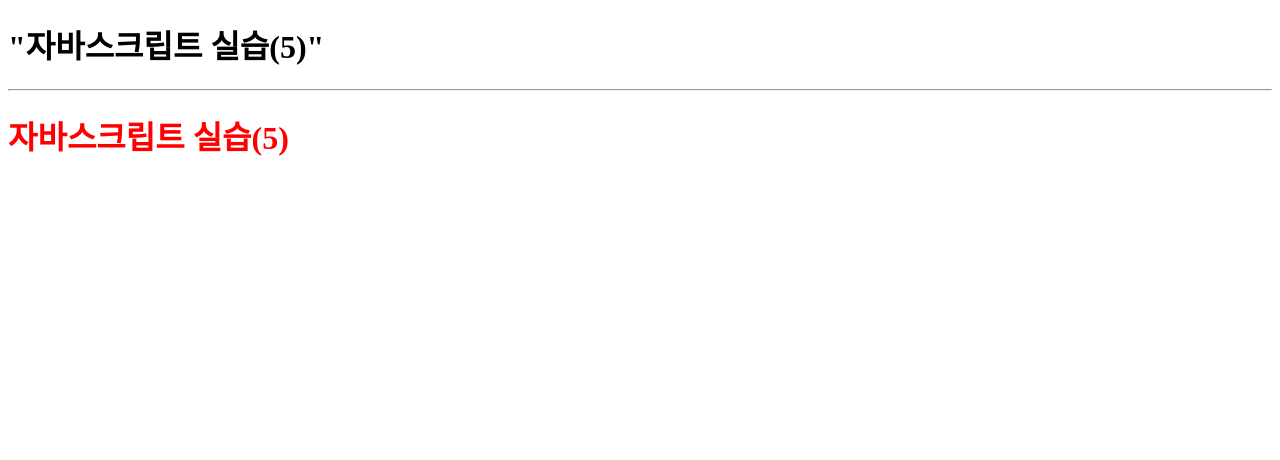
Repository: jhsnex123/web_study
Page: edu/src/main/webapp/jsexam/exercise5.html
The author's editor kept a copy of each file at every save. The page is drawn from the files as they stood at one save, then again after the next save.
The browser window is 1280 px wide. The pictures show the whole page.

Above is the page before, as saved 2024-09-23 06:00:10.

After the next save:
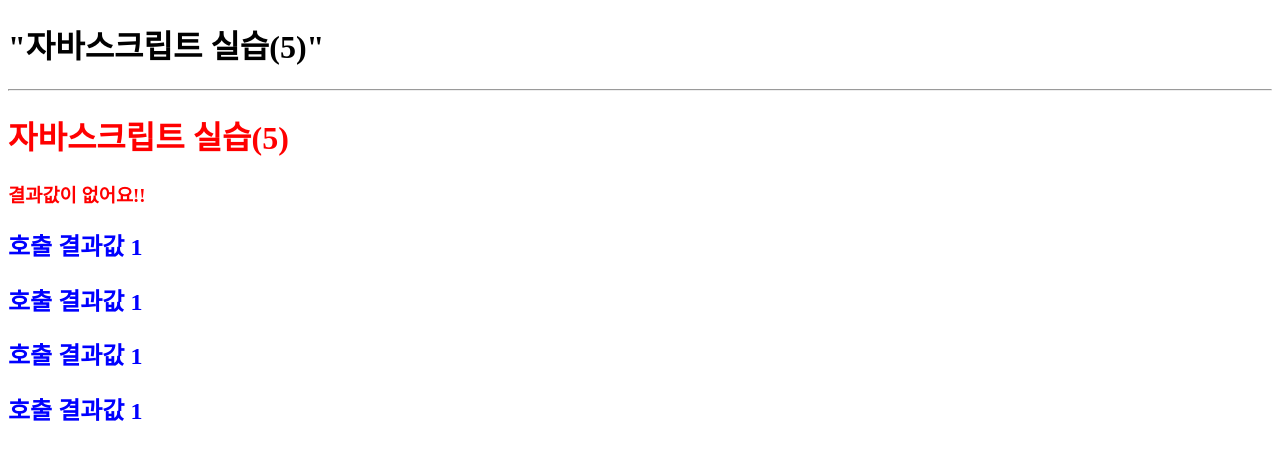
Saved 60 s later.
--- a/edu/src/main/webapp/jsexam/exercise5.html
+++ b/edu/src/main/webapp/jsexam/exercise5.html
@@ -60,6 +60,9 @@ writeColor('자바스크립트 실습(5)', 'h1', 'red');
 				writeColor("호출 결과값 "+sum(num),"h2","blue");
 			}
 		}
+		for (var j =0; j<5; j++){
+			print();
+		}
 </script>
 </body>
 </html>
